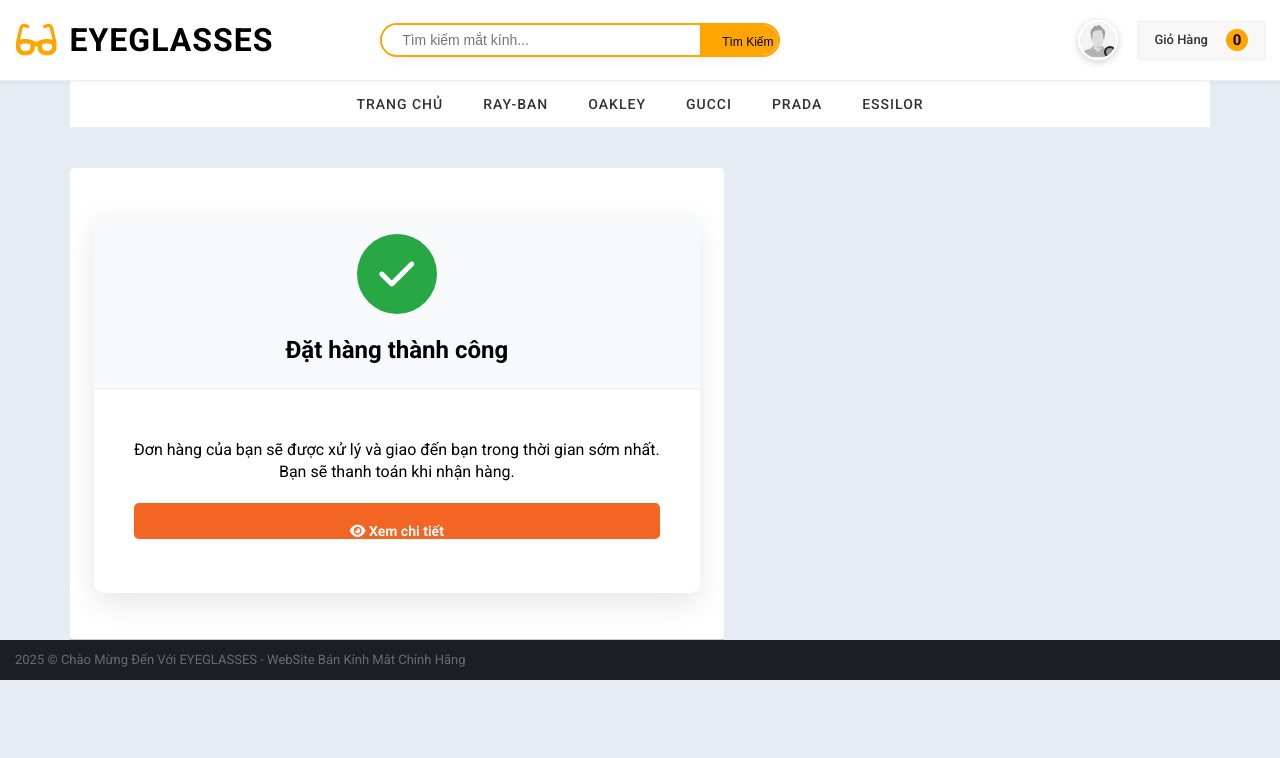
Repository: Giau-svg/glasses-store
Page: http://localhost/view_order.php
These files come from the project's save history. The page is drawn as it stood at one moment and after the next save; the edit follows.
The browser window is 1280 px wide. The pictures show the whole page.
Some web libraries are served in a nearby version. The page is run by PHP 8.4 with error messages shown; the project is at /var/www/html/. The database holds what the project's SQL file puts in it.

Above is the page before, as saved 2025-05-08 07:36:23.
Console error: ReferenceError: $ is not defined

After the next save:
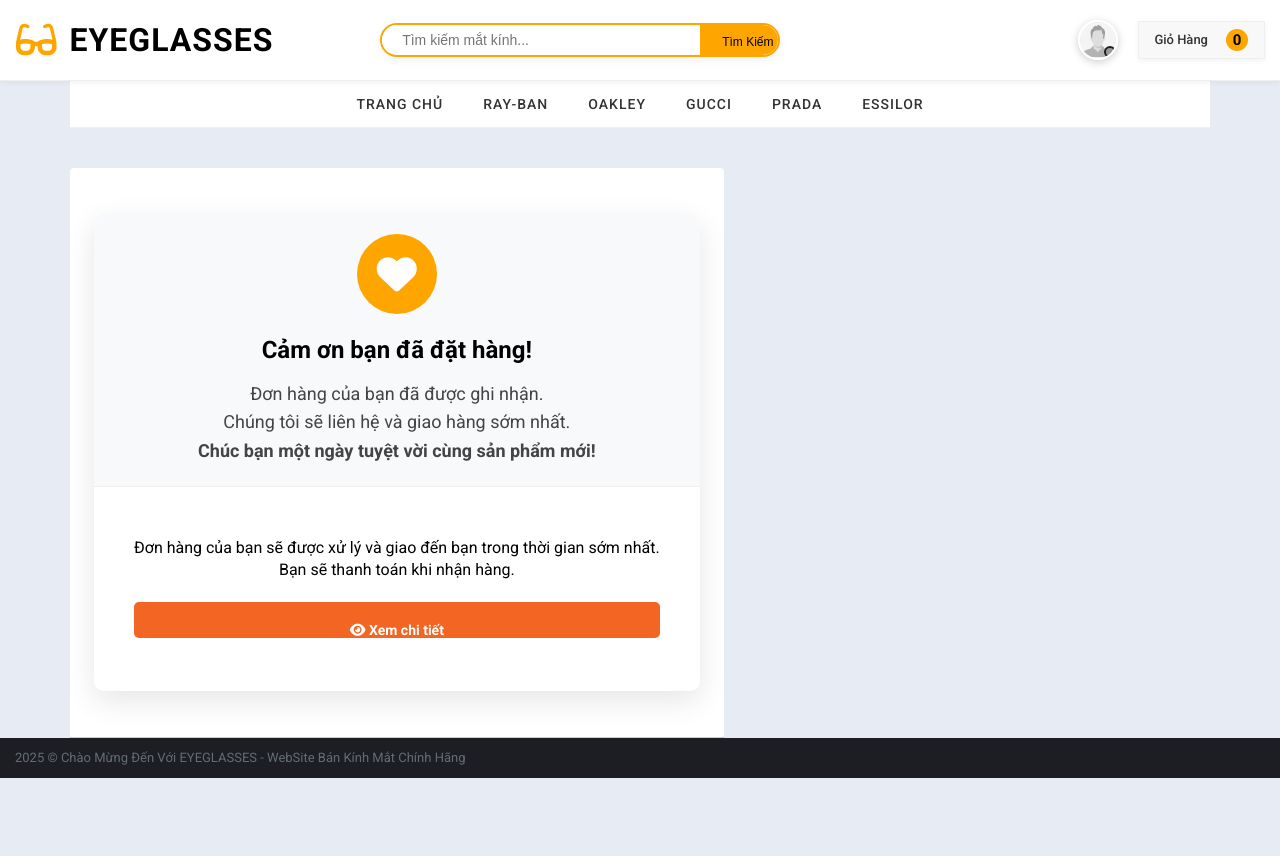
Saved 2 min 4 s later.
--- a/view_order.php
+++ b/view_order.php
@@ -229,6 +229,17 @@
             70% { box-shadow: 0 0 0 10px rgba(242, 101, 34, 0); }
             100% { box-shadow: 0 0 0 0 rgba(242, 101, 34, 0); }
         }
+        .order-thankyou {
+            color: #444;
+            font-size: 18px;
+            margin-top: 12px;
+            margin-bottom: 0;
+            line-height: 1.6;
+        }
+        .order-success-icon {
+            background: #ffa500 !important;
+            color: #fff !important;
+        }
     </style>
 </head>
 
@@ -248,10 +259,13 @@
                                             <div class="col-table col-table-5">
                                                 <div class="order-card">
                                                     <div class="order-card-header">
-                                                        <div class="order-success-icon">
-                                                            <i class="fas fa-check"></i>
+                                                        <div class="order-success-icon" style="background:#ffa500;">
+                                                            <i class="fas fa-heart"></i>
                                                         </div>
-                                                        <h2>Đặt hàng thành công</h2>
+                                                        <h2>Cảm ơn bạn đã đặt hàng!</h2>
+                                                        <p class="order-thankyou">Đơn hàng của bạn đã được ghi nhận.<br>
+                                                        Chúng tôi sẽ liên hệ và giao hàng sớm nhất.<br>
+                                                        <b>Chúc bạn một ngày tuyệt vời cùng sản phẩm mới!</b></p>
                                                     </div>
                                                     <div class="order-card-body">
                                                         <div class="order_success">
